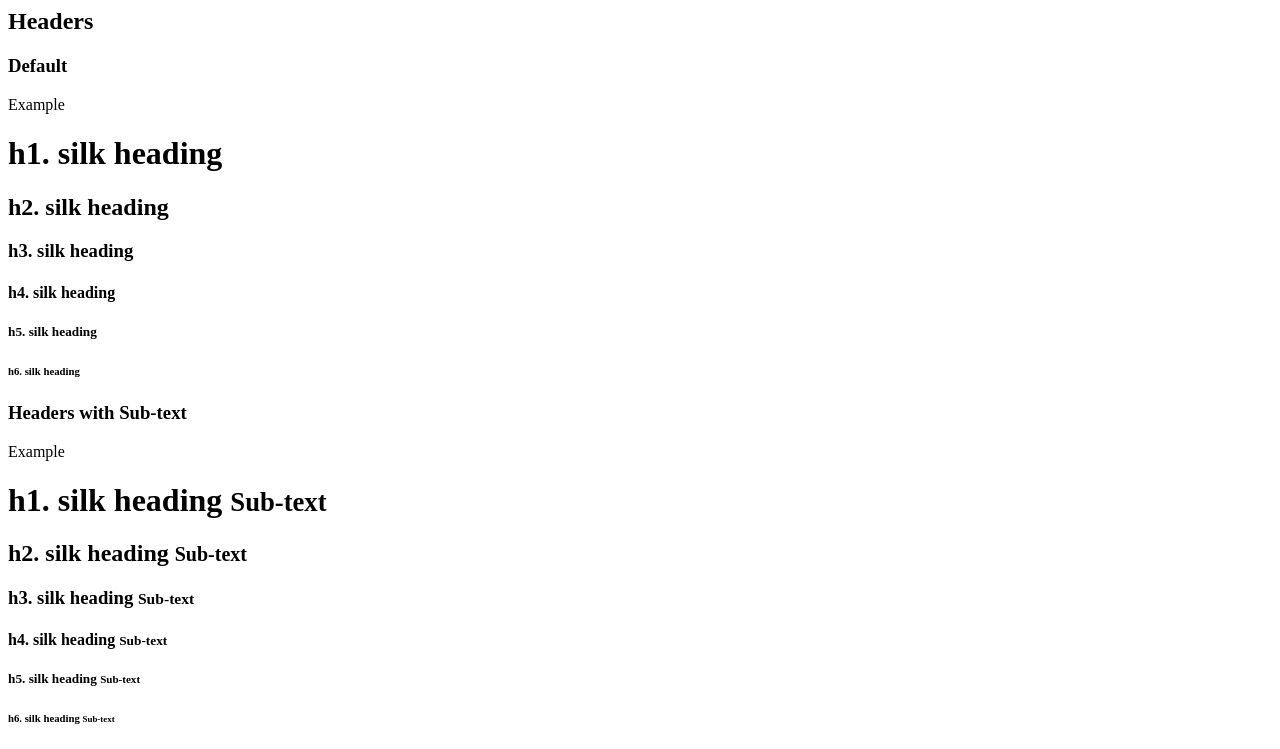
Repository: sympolinc/silk
Page: http://localhost/views/headings.php
The author's editor kept a record of every edit. The page is drawn from the files as they stood at one moment, then again after the next edit.
The browser window is 1280 px wide. The pictures show the whole page.
The page is run by PHP 8.4 with error messages shown; the project is at /var/www/html/.

Above is the page before.

### views/headings.php
<div class="section">
        <h2>Headers</h2>
        <div class="section">
            <h3>Default</h3>
            <div class="silk-example">
                <span class="lang">Example</span>
                <div data-example>
                    <h1 class="no-toc">h1. silk heading</h1>
                    <h2 class="no-toc">h2. silk heading</h2>
                    <h3 class="no-toc">h3. silk heading</h3>
                    <h4 class="no-toc">h4. silk heading</h4>
                    <h5 class="no-toc">h5. silk heading</h5>
                    <h6 class="no-toc">h6. silk heading</h6>
                </div>
            </div>
        </div>
        <div class="section">
            <h3>Headers with Sub-text</h3>
            <div class="silk-example">
                <span class="lang">Example</span>
                <div data-example>
                    <h1 class="no-toc">h1. silk heading
                        <small>Sub-text</small>
                    </h1>
                    <h2 class="no-toc">h2. silk heading
                        <small>Sub-text</small>
                    </h2>
                    <h3 class="no-toc">h3. silk heading
                        <small>Sub-text</small>
                    </h3>
                    <h4 class="no-toc">h4. silk heading
                        <small>Sub-text</small>
                    </h4>
                    <h5 class="no-toc">h5. silk heading
                        <small>Sub-text</small>
                    </h5>
                    <h6 class="no-toc">h6. silk heading
                        <small>Sub-text</small>
                    </h6>
                </div>
            </div>
        </div>
    </div>
</div>

After the next edit:
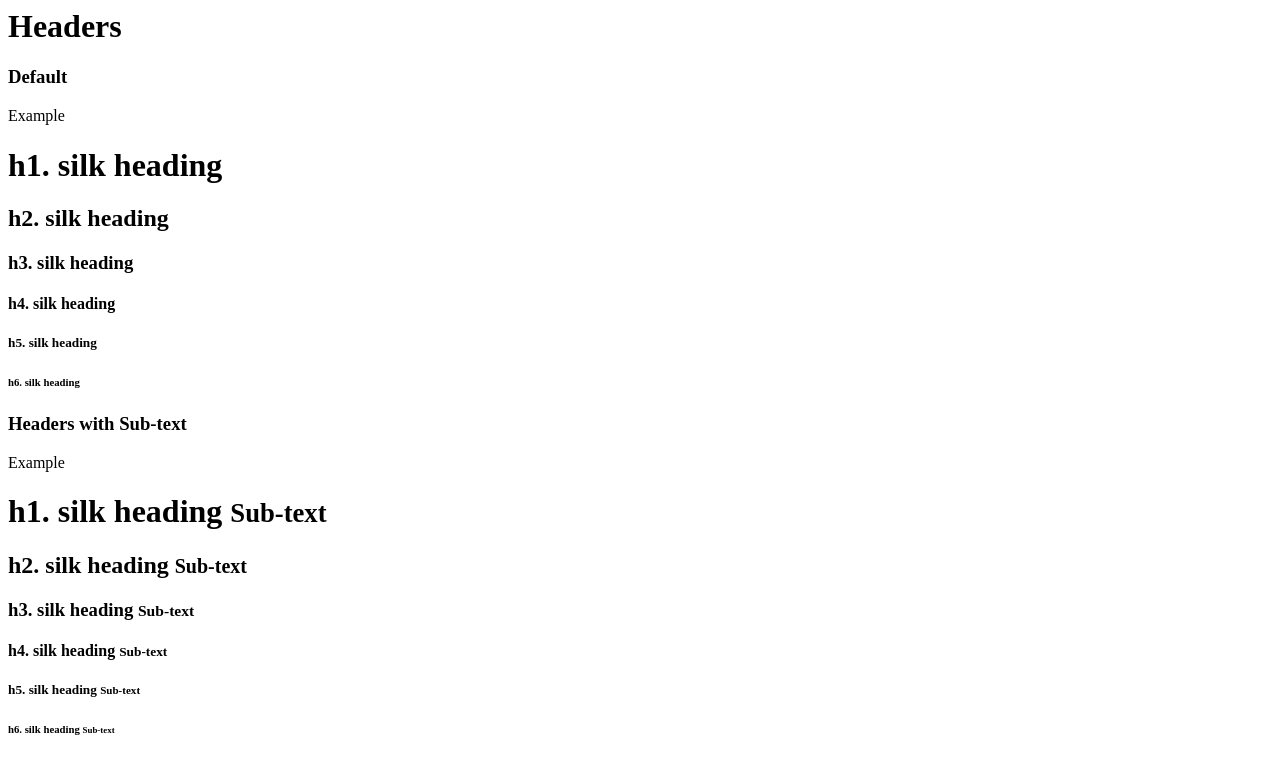
The edit:
--- a/views/headings.php
+++ b/views/headings.php
@@ -1,43 +1,42 @@
 <div class="section">
-        <h2>Headers</h2>
-        <div class="section">
-            <h3>Default</h3>
-            <div class="silk-example">
-                <span class="lang">Example</span>
-                <div data-example>
-                    <h1 class="no-toc">h1. silk heading</h1>
-                    <h2 class="no-toc">h2. silk heading</h2>
-                    <h3 class="no-toc">h3. silk heading</h3>
-                    <h4 class="no-toc">h4. silk heading</h4>
-                    <h5 class="no-toc">h5. silk heading</h5>
-                    <h6 class="no-toc">h6. silk heading</h6>
-                </div>
+    <h1>Headers</h1>
+    <div class="section">
+        <h3>Default</h3>
+        <div class="silk-example">
+            <span class="lang">Example</span>
+            <div data-example>
+                <h1 class="no-toc">h1. silk heading</h1>
+                <h2 class="no-toc">h2. silk heading</h2>
+                <h3 class="no-toc">h3. silk heading</h3>
+                <h4 class="no-toc">h4. silk heading</h4>
+                <h5 class="no-toc">h5. silk heading</h5>
+                <h6 class="no-toc">h6. silk heading</h6>
             </div>
         </div>
-        <div class="section">
-            <h3>Headers with Sub-text</h3>
-            <div class="silk-example">
-                <span class="lang">Example</span>
-                <div data-example>
-                    <h1 class="no-toc">h1. silk heading
-                        <small>Sub-text</small>
-                    </h1>
-                    <h2 class="no-toc">h2. silk heading
-                        <small>Sub-text</small>
-                    </h2>
-                    <h3 class="no-toc">h3. silk heading
-                        <small>Sub-text</small>
-                    </h3>
-                    <h4 class="no-toc">h4. silk heading
-                        <small>Sub-text</small>
-                    </h4>
-                    <h5 class="no-toc">h5. silk heading
-                        <small>Sub-text</small>
-                    </h5>
-                    <h6 class="no-toc">h6. silk heading
-                        <small>Sub-text</small>
-                    </h6>
-                </div>
+    </div>
+    <div class="section">
+        <h3>Headers with Sub-text</h3>
+        <div class="silk-example">
+            <span class="lang">Example</span>
+            <div data-example>
+                <h1 class="no-toc">h1. silk heading
+                    <small>Sub-text</small>
+                </h1>
+                <h2 class="no-toc">h2. silk heading
+                    <small>Sub-text</small>
+                </h2>
+                <h3 class="no-toc">h3. silk heading
+                    <small>Sub-text</small>
+                </h3>
+                <h4 class="no-toc">h4. silk heading
+                    <small>Sub-text</small>
+                </h4>
+                <h5 class="no-toc">h5. silk heading
+                    <small>Sub-text</small>
+                </h5>
+                <h6 class="no-toc">h6. silk heading
+                    <small>Sub-text</small>
+                </h6>
             </div>
         </div>
     </div>
